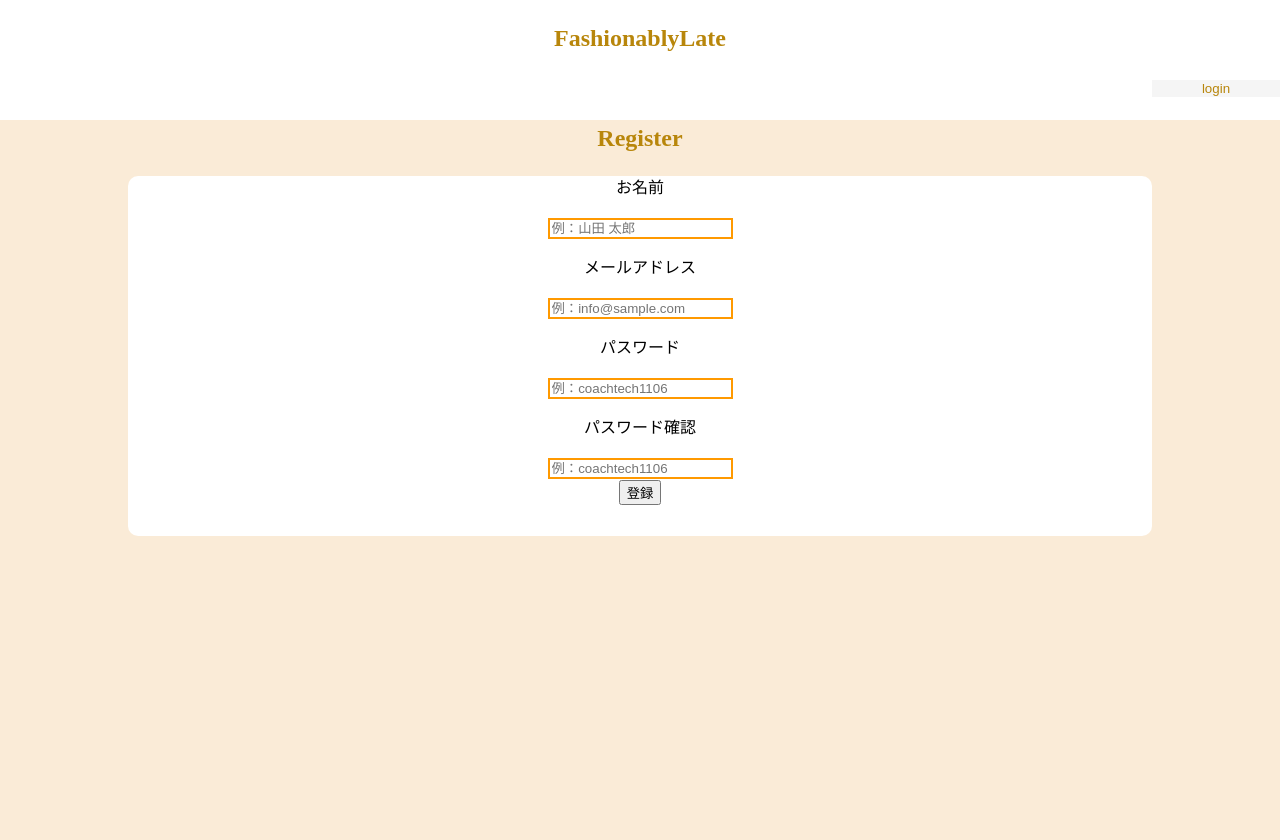
Repository: tokisiro/test-form
Page: http://localhost/register
An editor plug-in stored every save of this project. The page is shown before and after a run of saves, followed by the edit.
The browser window is 1280 px wide. The pictures show the whole page.
The page is served by the project's Laravel application, run on PHP 8.4 with Laravel 8. A made-up administrator, Test User (test@example.com), is signed in.

Above is the page before, as saved 2025-05-07 21:06:01.

After the next 3 saves:
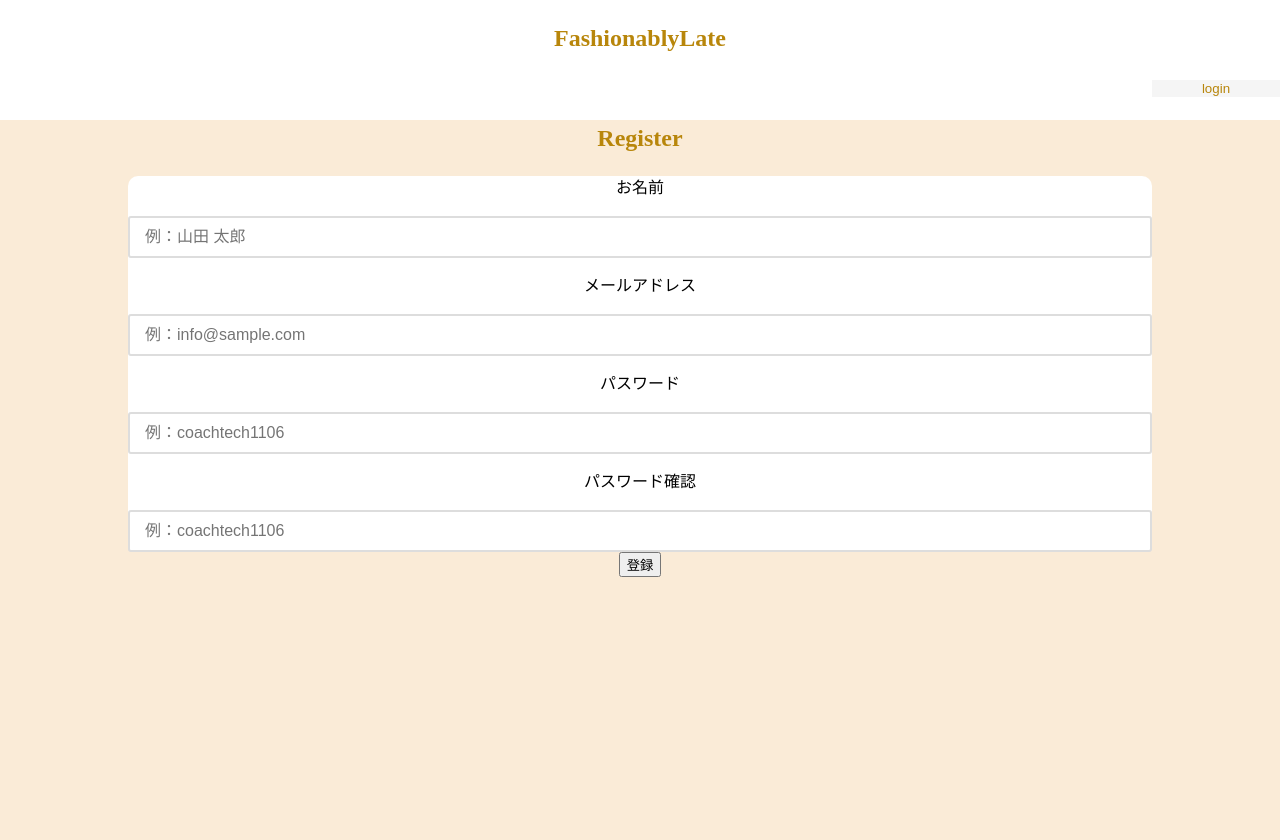
The 3 saves are shown as one change because they came seconds apart.
The last was saved 43 s later.
--- a/src/public/css/register.css
+++ b/src/public/css/register.css
@@ -58,7 +58,15 @@
 
 }
 input{
-    border: 2px solid #ff9900;
-        z-index: 10;
-        outline: 0;
+    width: 100%;
+        /*親要素いっぱい広げる*/
+        padding: 10px 15px;
+        /*ボックスを大きくする*/
+        font-size: 16px;
+        border-radius: 3px;
+        /*ボックス角の丸み*/
+        border: 2px solid #ddd;
+        /*枠線*/
+        box-sizing: border-box;
+        /*横幅の解釈をpadding, borderまでとする*/
 }
